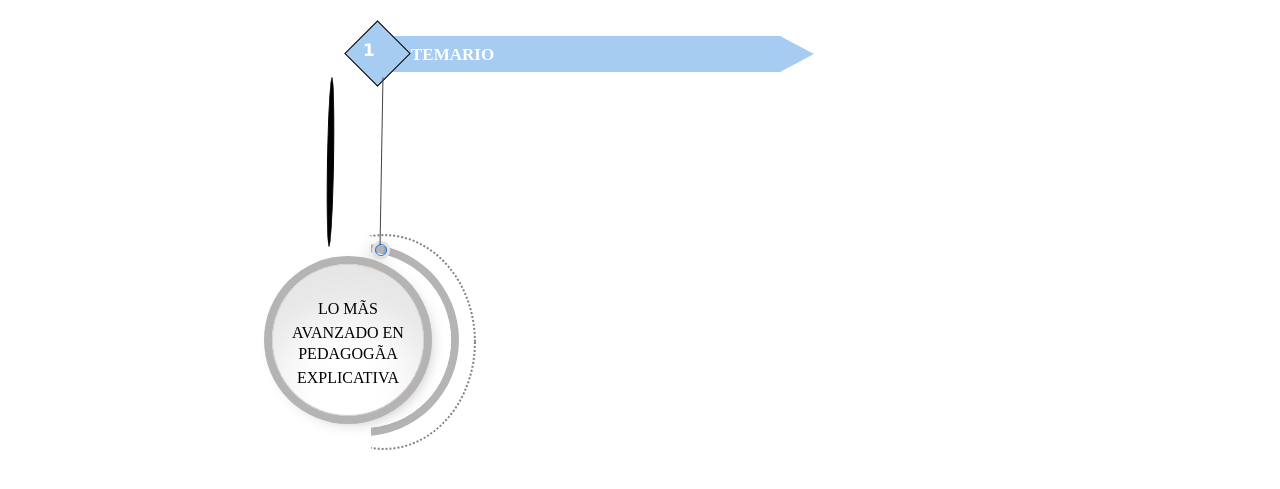
Repository: jennymoreno94/Menu
Page: index.html
An editor plug-in stored every save of this project. The page is shown before and after the next save, followed by the edit.
The browser window is 1280 px wide. The pictures show the whole page.

Above is the page before, as saved 2021-08-01 23:38:34.

### index.html
<!DOCTYPE html>
<html lang=”en”>

<head>
  <link rel="stylesheet" href="estilo.css">
  <meta charset=”UTF-8″ />
  <title>Menu</title>
</head>
<body>
  <container>
    <div class="circulo-completo">
      <div class="circle-menu">
        <p>LO MÁS AVANZADO EN PEDAGOGÍA EXPLICATIVA</p>
      </div>
      <div id="circulo" class="circle-menus derecha">

        <div class="circulo-pequeno num1">

            <div class="linea linea1"></div>
            <div class="punto linea1"></div>
            <div class="boton-agrupado btn1">
                <span class="rombo" style="background: rgb(166, 205, 241);">
                <h3 class="text">1</h3></span>
                <a class="button-href" style="background: rgb(166, 205, 241);">
                <h3 class="texto">TEMARIO</h3></a><span class="flecha" style="border-left: 34px solid rgb(166, 205, 241);"></span>
              </div>
            </div>


      </div>
    </div>
    <div class="circle-punto derecha"> </div>
  </container>
</body>
<script type="text/javascript" src="menu.js"></script>

</html>

### estilo.css


.circulo-completo {
    margin: 250px;
}

.circle-menu {
    position: relative;
    width: 150px;
    height: 150px;
    border: 1px solid rgb(211, 208, 208);
    border-radius: 50%;
    box-shadow: inset 0 3em 3em rgba(0, 0, 0, 0.1), 0 0 0 0.5rem rgb(182, 179, 179), 0.3em 0.3em 1em rgba(0, 0, 0, 0.3);
    float: left;
    z-index: 7;
    margin: 14px;
}

p {
    padding: 1rem;
    text-align: center;
}

.circle-menus {
    position: relative;
    background-color: gray;
    width: 180px;
    height: 180px;
    border-radius: 50% 50%;
    margin-left: -165px;
    float: left;
    z-index: 6;
}

.circle-menus::before {
    position: absolute;
    content: "";
    top: 1%;
    left: 1%;
    background-color: #fff;
    height: 98%;
    width: 98%;
    border-radius: 50% 50%;
    box-shadow: inset 0 3em 3em rgb(255, 255, 255), 0 0 0 0.5rem rgb(182, 179, 179), 0.3em 0.3em 1em rgb(255, 255, 255);
}

.circle-menus::after {
    position: absolute;
    content: "";
    height: 50%;
    background-color: rgb(255, 255, 255);
    border: 1px solid #fff;
    top: 50%;
    left: 0;
    width: 100%;
    box-shadow: inset 0 3em 3em rgb(255, 255, 255), 0 0 0 0.5rem rgb(255, 255, 255), 0.3em 0.3em 1em rgb(255, 255, 255);
}

.circle-menus.derecha {
    transform: rotate(90deg);
}

.circulo-pequeno {
    position: relative;
    width: 10px;
    height: 10px;
    border-radius: 50%;
    box-shadow: inset 0 0.1rem 0.1rem rgba(0, 0, 0, 0.1), 0 0 0 0.2rem rgb(229, 224, 224), 0.3em 0.3em 1em rgba(0, 0, 0, 0.3);
    float: left;
    z-index: 5;
}

.num1 {
    border: 1px solid rgb(10 124 241);
    margin: 66px 0px 48px -6px;
}

.num::after {
    height: 1px;
    background-color: red;
}

.num2 {
    border: 1px solid rgb(32 20 212);
    margin: 42px 0px 0px -4px;
}

.num3 {
    border: 1px solid rgb(190 169 26);
    margin: 21px 0px 0px 2px;
}

.num4 {
    border: 1px solid rgb(200 41 41);
    margin: 4px 0px 0px 10px;
}

.num5 {
    border: 1px solid rgb(222 19 235);
    margin: -6px 0px 0px 16px;
}

.num6 {
    border: 1px solid rgb(18 235 115);
    margin: -8px 0px 0px 18px;
}

.num7 {
    border: 1px solid rgb(89 249 20);
    margin: 2px 0px 0px 18px;
}

.num8 {
    border: 1px solid rgb(100 3 225);
    margin: 18px 0px 0px 11px;
}

.num9 {
    border: 1px solid rgb(32 20 212);
    margin: 39px -1px 0px 3px;
}

.num10 {
    border: 1px solid rgb(32 20 212);
    margin: 66px -14px 0px -3px;
}

.circle-punto {
    position: relative;
    width: 212px;
    height: 180px;
    border-radius: 50% 50%;
    margin-left: -177px;
    border: 2px dotted gray;
    float: left;
    z-index: 4;
}

.circle-punto::before {
    position: absolute;
    content: "";
    top: 1%;
    left: 1%;
    background-color: #fff;
    height: 98%;
    width: 98%;
    border-radius: 50% 50%;
}

.circle-punto::after {
    position: absolute;
    content: "";
    height: 50%;
    background-color: rgb(255, 255, 255);
    border: 1px dotted #fff;
    top: 57%;
    left: 0;
    width: 100%;
}

.circle-punto.derecha {
    transform: rotate(90deg);
}

.boton-agrupado {
    position: relative;
    float: left;
    z-index: 3;
}

.button-href {
    position: relative;
    width: 400px;
    height: 36px;
    background: white;
    display: inline-block;
    color: black;
    text-decoration: none;
    z-index: -1;

}

.flecha {
    position: absolute;
    content: "";
    border-left: 34px solid white;
    border-top: 18px solid transparent;
    border-bottom: 18px solid transparent;
    margin-left: -1px;
}

.texto {
    margin-left: 30px;
    margin-top: 9px;
    font-size: 17px;
    color: white;

}

.btn1 {
    transform: translateY(-268px) translateX(-391px) rotate(630deg);
}

.btn2 {
    transform: translateY(-307px) translateX(-339px) rotate(630deg);
}

.btn3 {
    transform: translateY(-348px) translateX(-294px) rotate(630deg);
}

.btn4 {
    transform: translateY(-382px) translateX(-258px) rotate(630deg);
}

.btn5 {
    transform: translateY(-401px) translateX(-228px) rotate(630deg);
}

.btn6 {
    transform: translateY(-393px) translateX(-192px) rotate(630deg);
}

.btn7 {
    transform: translateY(-403px) translateX(-150px) rotate(630deg);
}

.btn8 {
    transform: translateY(-365px) translateX(-111px) rotate(630deg);
}

.btn9 {
    transform: translateY(-316px) translateX(-58px) rotate(630deg);
}

.btn10 {
    transform: translateY(-263px) translateX(-3px) rotate(630deg);
}


.linea {
    position: relative;
    width: 112px;
    height: 47px;
    border-bottom: 1px solid rgb(68, 66, 66);
    float: left;
    z-index: 4;
    transform: translateY(4px) translateX(-168px) rotate(181deg);
}

.punto {
    position: relative;
    width: 5px;
    height: 5px;
    border-radius: 50%;
    float: left;
    background: #000;
    border: 1px solid #000;
    z-index: 4;


}

.linea1 {
    transform: translateY(4px) translateX(-168px) rotate(181deg);
    width: 168px;
}


.linea2 {
    transform: translateY(-4px) translateX(-143px) rotate(186deg);
    width: 140px;
}

.linea3 {
    transform: translateY(-30px) translateX(-115px) rotate(210deg);
    width: 110px;
}

.linea4 {
    transform: translateY(-57px) translateX(-105px) rotate(236deg);
}

.linea5 {
    transform: translateY(-72px) translateX(-91px) rotate(254deg);
}

.linea6 {
    transform: translateY(-76px) translateX(-67px) rotate(270deg);
    width: 100px;
}

.linea7 {
    transform: translateY(-86px) translateX(-51px) rotate(291deg);
    width: 118px;
}

.linea8 {
    transform: translateY(-77px) translateX(-21px) rotate(318deg);
}

.linea9 {
    transform: translateY(-11px) translateX(12px) rotate(169deg);
    width: 140px;
}

.linea10 {
    transform: translateY(-41px) translateX(11px) rotate(361deg);
    width: 168px;
}

.text {
    border-radius: 4px;
    font-family: Verdana;
    color: white;
    position: relative;
    overflow: hidden;
    padding: 4px;
    top: 37%;
    transform: translateY(-111%) rotate( 314deg);
    font-size: 17px;
    text-transform: uppercase;
}

.rombo {
    position: absolute;
    content: "";
    width: 45px;
    height: 45px;
    background: white;
    -webkit-transform: rotate(45deg);
    -moz-transform: rotate(45deg);
    -ms-transform: rotate(45deg);
    -o-transform: rotate(45deg);
    transform: rotate(45deg);
    border: 1px solid;
    margin-left: -27px;
    margin-top: -6px;
    z-index: 1;
}

### menu.js
let circulo = document.getElementById("circulo");

function Menu() {
    for (i = 0; i < 10 ; i++ ) {
        let circuloPequeno = document.createElement("div")
        circuloPequeno.classList.add("circulo-pequeno")
        circuloPequeno.classList.add(`num${i+1}`)

        let linea = document.createElement("div")
        linea.classList.add("linea")
        linea.classList.add(`linea${i+1}`)

        let boton = document.createElement("div")
        boton.classList.add("boton-agrupado")
        boton.classList.add(`btn${i+1}`)

        let color=cambiocolor(i+1)

        let spanRombo =document.createElement("span")
        spanRombo.classList.add("rombo")
        spanRombo.style.setProperty(`background`, color);

        let h3Rombo =document.createElement("h3")
        h3Rombo.classList.add("text")

        let link =document.createElement("a")
        link.classList.add("button-href")
        link.style.setProperty(`background`, color);

        let span =document.createElement("span")
        span.classList.add("flecha")
        span.style.setProperty(`border-left`,`34px solid ${color}`);

        let h3 =document.createElement("h3")
        h3.classList.add("texto")
        let textoFinal = texto(i+1)

        circulo.appendChild(circuloPequeno)
        circuloPequeno.appendChild(linea)
        circuloPequeno.appendChild(boton)
        boton.appendChild(spanRombo)
        boton.appendChild(link)
        boton.appendChild(span)
        link.appendChild(h3)
        spanRombo.appendChild(h3Rombo)
        h3.append(textoFinal);
        h3Rombo.append(i+1);
    }
}


function texto(num) {
    let texto = ''
    switch (num) {
        case 1: texto='TEMARIO'
        break;
        case 2: texto='SISTEMA EXPLICATIVO'
        break;
        case 3: texto='SISTEMA EVALUATIVO'
        break;
        case 4: texto='COSTOS ECONÓMICOS'
        break;
        case 5: texto='ESTUDIE EN CUALQUIER DISPOSITIVO'
        break;
        case 6: texto='NUESTROS BENEFICIOS'
        break;
        case 7: texto='ADQUIÉRELO CON FACILIDAD'
        break;
        case 8: texto='A TU DISPOSICIÓN EN MINUTOS'
        break;
        case 9: texto='MATEMÁTICAS INTERACTIVAS PARA NIÑOS'
        break;
        case 10: texto='LIBROS DE SUPERACIÓN'
        break;
    }
    return texto
}

function cambiocolor(num) {
    let color = ''
    switch (num) {
        case 1: color='rgb(166, 205, 241)'
        break;
        case 2: color='blue'
        break;
        case 3: color='orange'
        break;
        case 4: color='green'
        break;
        case 5: color='red'
        break;
        case 6: color='pink'
        break;
        case 7: color='green'
        break;
        case 8: color='purple'
        break;
        case 9: color='pink'
        break;
        case 10: color='orange'
        break;
    }
    return color
}




//document.onload = Menu()

After the next save:
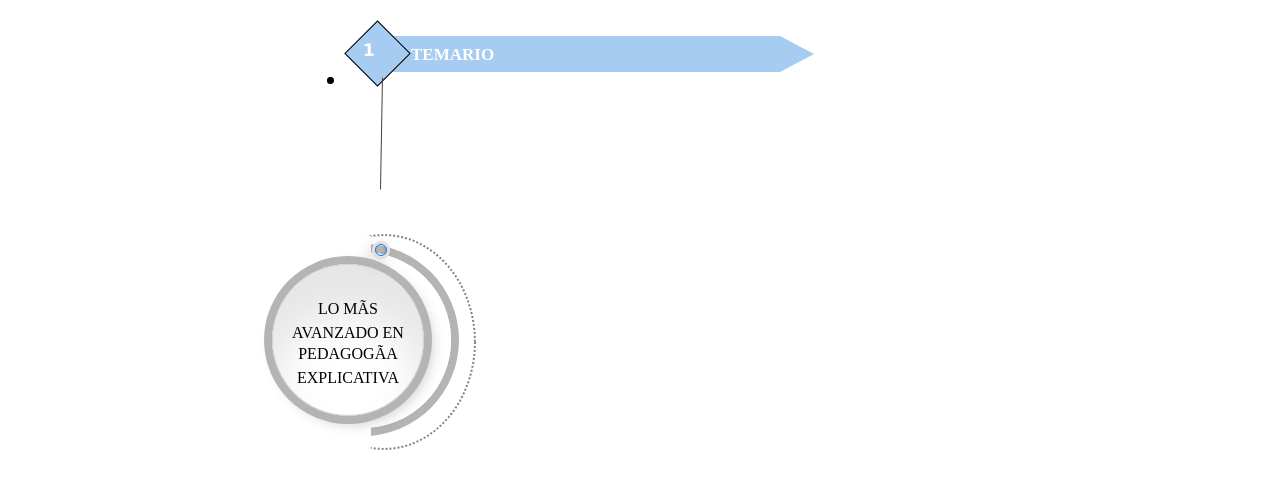
Saved 57 s later.
--- a/estilo.css
+++ b/estilo.css
@@ -263,7 +263,6 @@
 
 .linea1 {
     transform: translateY(4px) translateX(-168px) rotate(181deg);
-    width: 168px;
 }
 
 

After the save that followed:
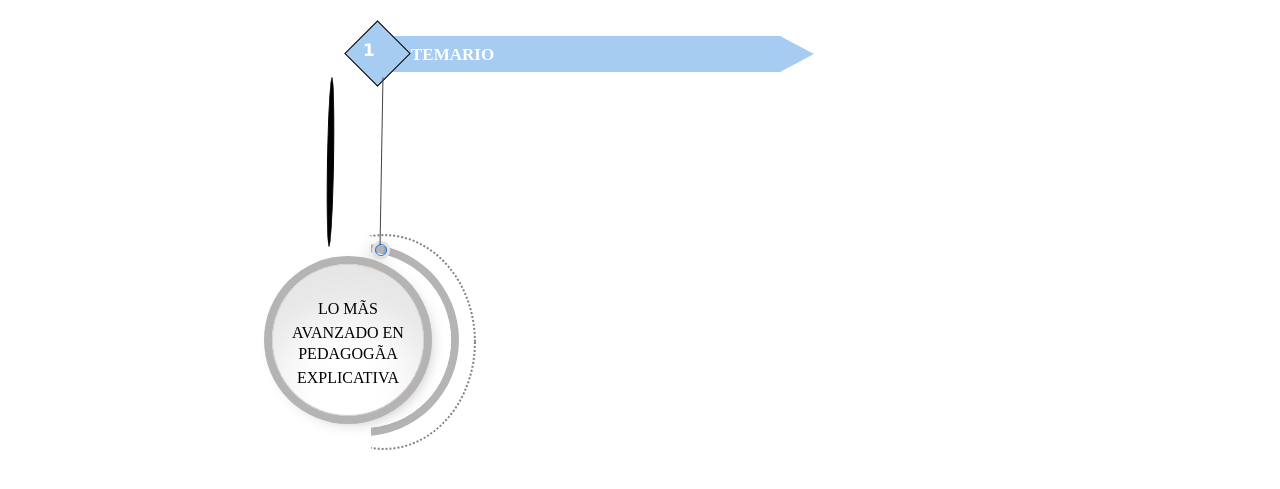
Saved 80 s later.
--- a/estilo.css
+++ b/estilo.css
@@ -261,8 +261,14 @@
 
 }
 
+
+.punto1{
+    transform: translateY(4px) translateX(-168px) rotate(181deg);
+}
+
 .linea1 {
     transform: translateY(4px) translateX(-168px) rotate(181deg);
+    width: 168px;
 }
 
 
